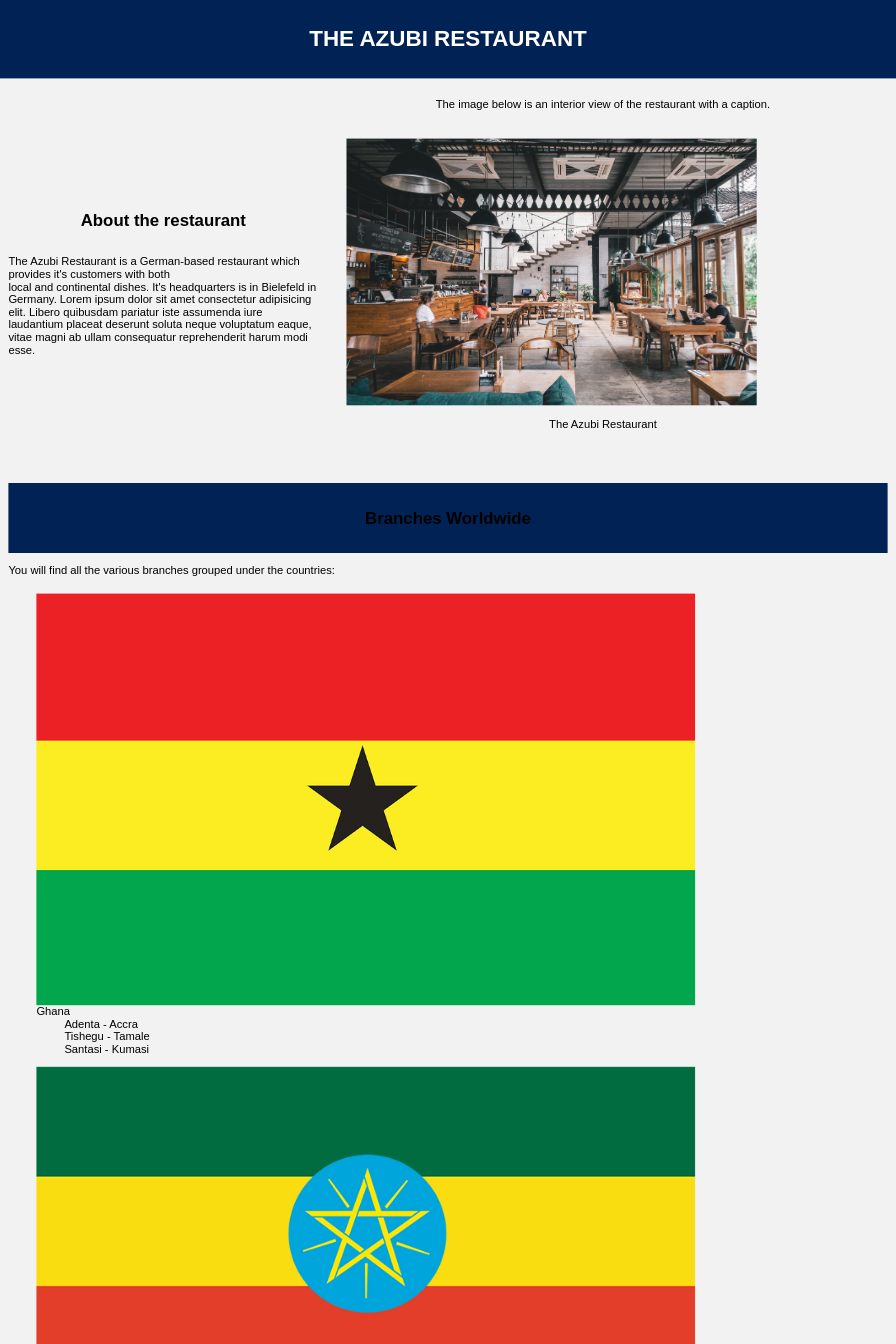
Repository: odurusphp/testingazubigit
Page: Fortune/FortunatusWulnye.html
These files come from the project's save history. The page is drawn as it stood at one moment and after the next save; the edit follows.
The browser window is 1280 px wide. The pictures show the part of the page from y = 0 to 1920 px (the page is 3760 px tall), at 70% of full size.

Above is the page before, as saved 2020-08-03 05:59:38.

### Fortune/FortunatusWulnye.html
<!--COMMENTS THAT ARE MINE ARE WRITTEN IN CAPITAL LETTERS-->
<!--THE GENERAL STRUCTURE OF THE PAGE IS GOOD WITH THE INDENTATION TOO-->
<!--THE CLASSES THAT YOU IMPLEMENTED TOO ARE GREAT KEEP IT UP-->
<!DOCTYPE html>
<html lang="en">

<head>

    <meta charset="UTF-8" />
    <meta name="viewport" content="width=device-width, initial-scale=1.0" />
    <title>The Azubi Restaurant</title>
    <meta name="descrition" content="A website for Azubi restaurant">
    <meta name="author" content="Fortunatus Aabangbio Wulnye">
    <link rel="stylesheet" href="css/style.css">

</head>

<body>

    <header class="main-header">
        <div class="brand">
            <h1 class="site-title"><a href="#">THE AZUBI RESTAURANT</a></h1>
        </div>
    </header>

    <main class="main-container">
        <section class="about-main">

            <aside class="about-text">
                <div class="about-header">
                    <h2>About the restaurant</h2>
                </div>
                <p>
                    The Azubi Restaurant is a German-based restaurant which provides
                    it's customers with both <br />
                    local and continental dishes. It's headquarters is in Bielefeld in
                    Germany. Lorem ipsum dolor sit amet consectetur adipisicing elit. Libero quibusdam pariatur iste
                    assumenda iure laudantium placeat deserunt soluta neque voluptatum eaque, vitae magni ab ullam
                    consequatur reprehenderit harum modi esse.
                </p>
            </aside>

            <div class="about-fig">
                <p>The image below is an interior view of the restaurant with a caption.</p>
                <figure>
                    <img src="images/FortununatusWulnyeRestaurant.jpg" alt="Azubi Restaurant" /> <br>
                    <figcaption>The Azubi Restaurant</figcaption>
                </figure>
            </div>

        </section>

        <section class="main-branches">
            <div class="branches-header">
                <h2>Branches Worldwide</h2>
            </div>

            <div class="branches">
                <p>You will find all the various branches grouped under the countries:</p>
                <dl>
                    <div class="ghana">
                        <figure class="reason">
                            <a href="">
                                <img src="images/ghana-flag.png" />
                            </a>
                            <figcaption>
                                <dt class="country">Ghana</dt>
                                <div class="location">
                                    <dd>Adenta - Accra</dd>
                                    <dd>Tishegu - Tamale</dd>
                                    <dd>Santasi - Kumasi</dd>
                                </div>
                            </figcaption>
                        </figure>
                    </div>

                    <div class="ethiopia">
                        <figure class="reason">
                            <a href="">
                                <img src="images/ethiopia-flag.jpg" />
                            </a>
                            <figcaption>
                                <dt class="country">Ethiopia</dt>
                                <div class="location">
                                    <dd>Sodo</dd>
                                    <dd>Harar</dd>
                                </div>
                            </figcaption>
                        </figure>
                    </div>


                    <div class="afghanistan">
                        <figure class="reason">
                            <a href="">
                                <img src="images/afg-flag.png" />
                            </a>
                            <figcaption>
                                <dt class="country">Afghanistan</dt>
                                <div class="location">
                                    <dd>Herat</dd>
                                    <dd>Khost</dd>
                                </div>
                            </figcaption>
                        </figure>
                    </div>

                </dl>
            </div>

        </section>

        <section class="menus">
            <h2>Menus Available</h2>
            <p>THe Azubi Restaurant provides both local and continental dishes. Some of which include:</p>
            <ul>
                <li>Jollof with Chicken & Sausage</li>
                <li>Apapransa</li>
                <li>BUrger with Fries</li>
                <li>Banku with Tilapia</li>
            </ul>
        </section>

        <div class="Contact">
            <h2>Contact Us</h2>
            <p>Pease, feel free to send us your feedback, recommendations or concerns by filling in the form below</p>
            <form action="" method="POST">
                <label for="fname">Name</label>
                <input type="text" name="fname" placeholder="Enter your name here..." required> <br>

                <label for="email">Email</label>
                <input type="text" name="email" placeholder="Enter your email here..." required> <br>

                <label for="gender">Gender</label>
                <input type="radio" id="male" value="male">
                <label for="gender">Male</label>
                <input type="radio" id="female" value="female">
                <label for="gender">Female</label> <br>

                <textarea name="message" id="" cols="20" rows="5" placeholder="Type your message here"></textarea>
                <br />

                <input type="submit" value="Submit" />
            </form>
            <br>

        </div>
        <br>

        <div class="rating">
            <h2>Give us a rating (0 to 5)</h2>
            <div class="slider">
                <input type="range" min="0" max="5" value="50">
            </div>
        </div>

        <div class="ceomessage">
            <h2>A Message From The C.E.O</h2>
            <P>The C.E.O, in an interview was asked for motivation in bringing up thus restaurant. This<br> is what he
                said:
            <blockquote> <q> There is no food diffiult for you to eat. It is just a matter of psyching yourself.<br>
                    Free your mind and the food
                    will settle in your belly beause the sweetness of <br> the padding is the eating.</q><br> <br>
                &mdash;<cite>Honourable Nana Yaw Oduro</cite>
            </blockquote>
            </P>
        </div>

    </main>
    <hr />

    <footer>
        &copy; Azubi Restaurant - 2020. Website: <a
            href="https://github.com/odurusphp/testingazubigit/">https://github.com/odurusphp/testingazubigit/</a>
    </footer>

</body>

</html>

### Fortune/css/style.css
* {
  box-sizing: border-box;
}

html {
  font-family: sans-serif;
  -webkit-text-size-adjust: 100%;
  -ms-text-size-adjust: 100%;
  justify-content: center;
  align-items: middle;
}
body {
  margin: 0;
  background-color: hsl(0, 0%, 95%);
}

/*--------------------------------------------------------------
Header styles
--------------------------------------------------------------*/

.main-header {
  padding: 1em 0;
  background-color: #002254;
}

.brand {
  /* padding: 70px 0; */
  text-align: center;
  border: "0.5rem solid pink";
}
.site-title a {
  text-decoration: none;
  color: #fff;
}

.about-main {
  display: flex;
}

.about-header {
  text-align: center;
}

.about-text {
  display: flex;
  flex-direction: column;
  justify-content: center;
}

.about-fig {
  display: flex;
  flex-direction: column;
  justify-content: center;
  text-align: center;
}

.main-container {
  border-radius: 2px;
  padding: 12px;
}

.branches-header {
  padding: 1em 0;
  background-color: #002254;
  text-align: center;
  border: "0.5rem solid pink";
}

aside,
figcaption,
figure,
footer,
header,
main,
nav,
section {
  display: block;
}

a:active,
a:hover {
  outline: 0;
}

b,
strong {
  font-weight: bold;
}

p {
  margin-bottom: 1.5em;
}

h1 {
  font-size: 2em;
  margin: 0.67em 0;
}

img {
  display: block;
  border: 0;
  width: 80%;
  height: 80%;
}

label {
  padding: 12px 12px 12px 0;
  display: inline-block;
}

.contact {
  border-radius: 5px;
  background-color: #f2f2f2;
  padding: 20px;
}
input [type="text"],
select,
textarea {
  color: inherit;
  font: inherit;
  margin: 0;
  padding: 12px;
  border: 1px solid #ccc;
  border-radius: 10px;
  resize: vertical;
  margin: 8px 0;
  font-family: "Source Sans Pro", "Helvetica", Arial, sans-serif;
  font-size: 18px;
  line-height: 1.5;
}

input[type="submit"] {
  background-color: #4caf50;
  color: white;
  padding: 12px 20px;
  border: none;
  border-radius: 4px;
  cursor: pointer;
  float: left;
}

select {
  text-transform: none;
}

textarea {
  overflow: auto;
}

input::-moz-focus-inner {
  border: 0;
  padding: 0;
}

input {
  line-height: normal;
}

input[type="radio"] {
  box-sizing: border-box;
  padding: 0;
}

blockquote {
  margin: 0 1.5em;
}

After the next save:
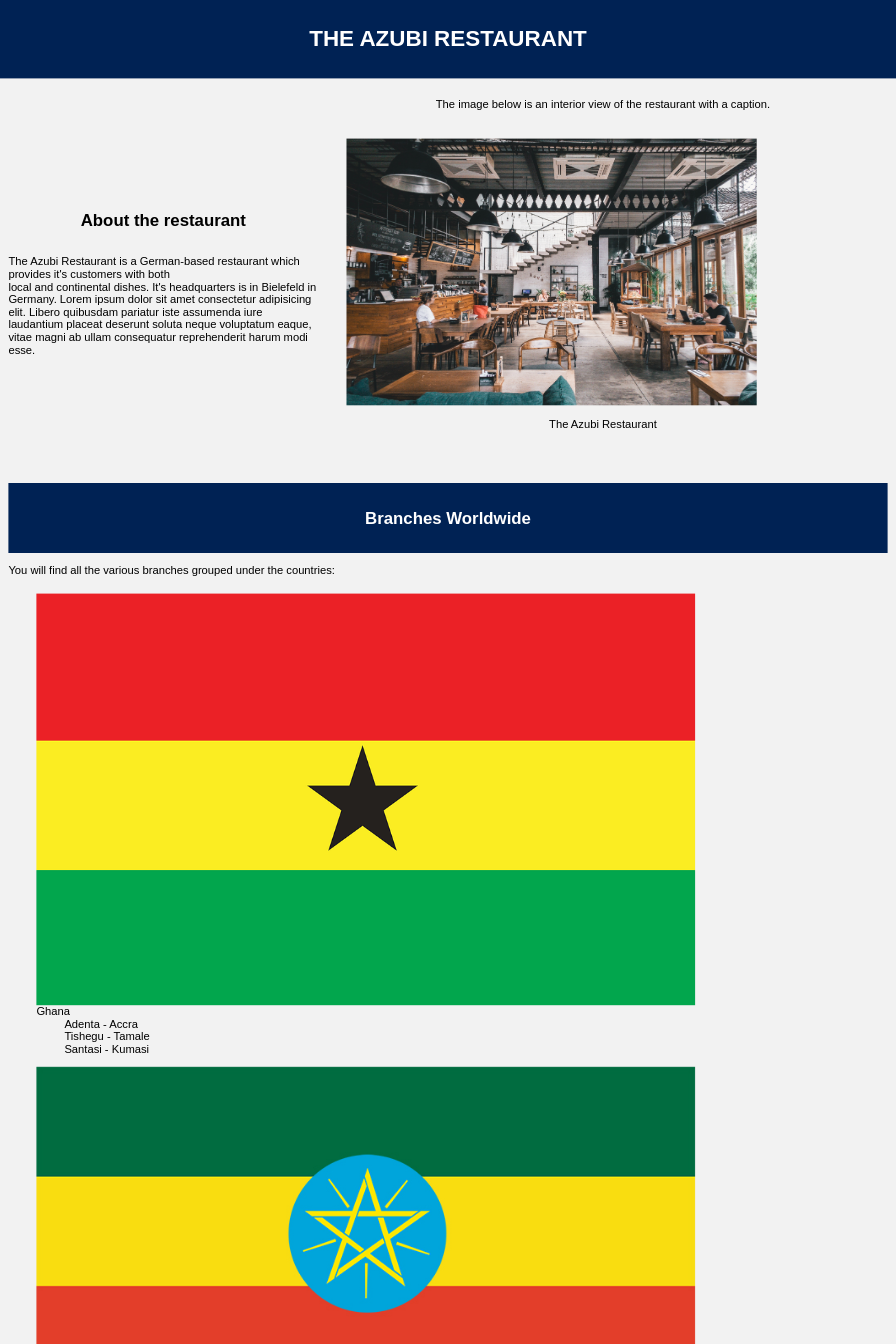
Saved 64 s later.
--- a/Fortune/css/style.css
+++ b/Fortune/css/style.css
@@ -64,6 +64,8 @@ Header styles
   background-color: #002254;
   text-align: center;
   border: "0.5rem solid pink";
+  text-decoration: none;
+  color: #fff;
 }
 
 aside,
